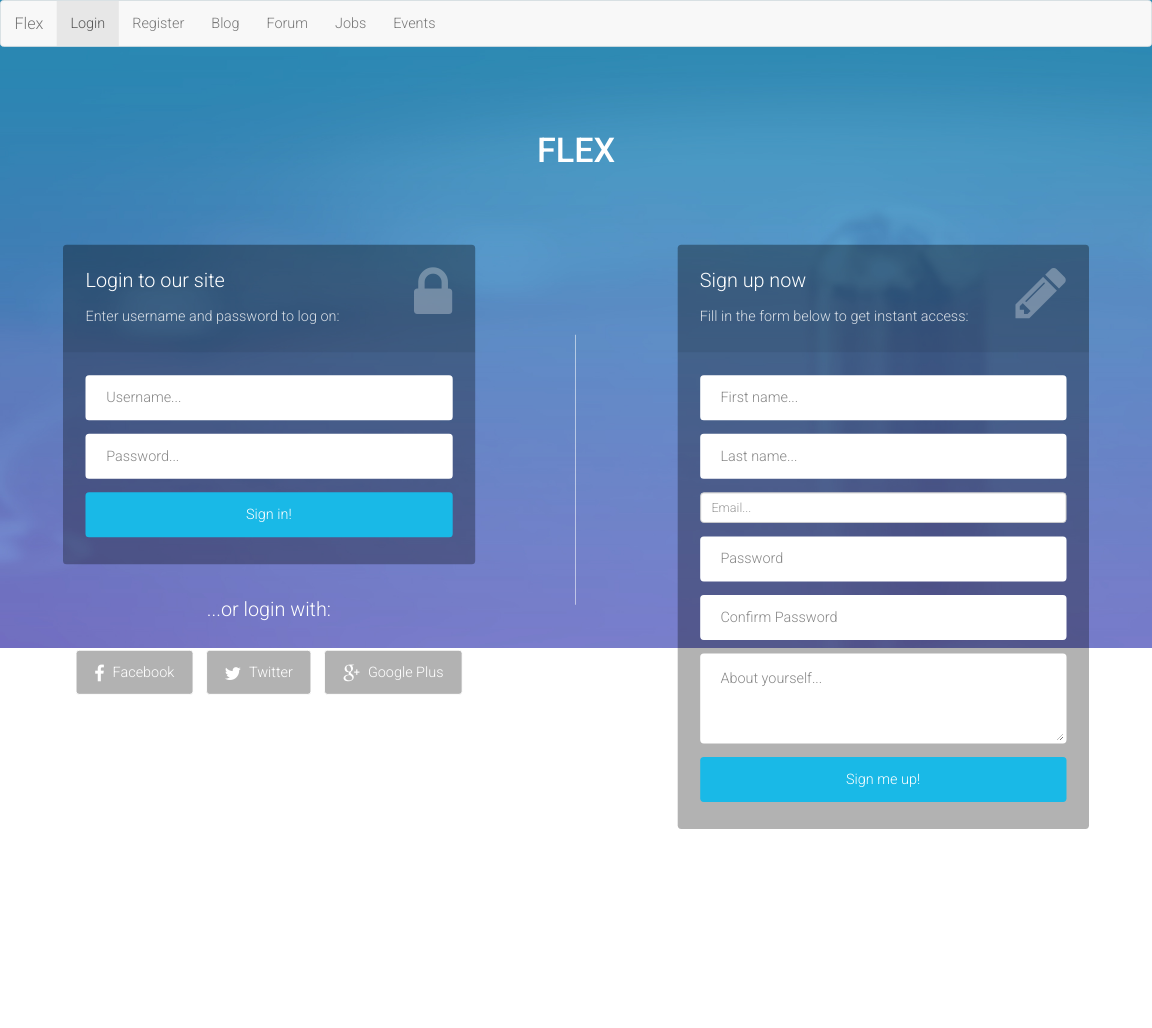
Repository: Angelamritha2012/Flex
Page: Collaboration/WebContent/index.html
The author's editor kept a copy of each file at every save. The page is drawn from the files as they stood at one save, then again after the next save.
The browser window is 1280 px wide. The pictures show the whole page, at 90% of full size.
Some web libraries are served in a nearby version.

Above is the page before, as saved 2017-11-30 10:21:56.

After the next save:
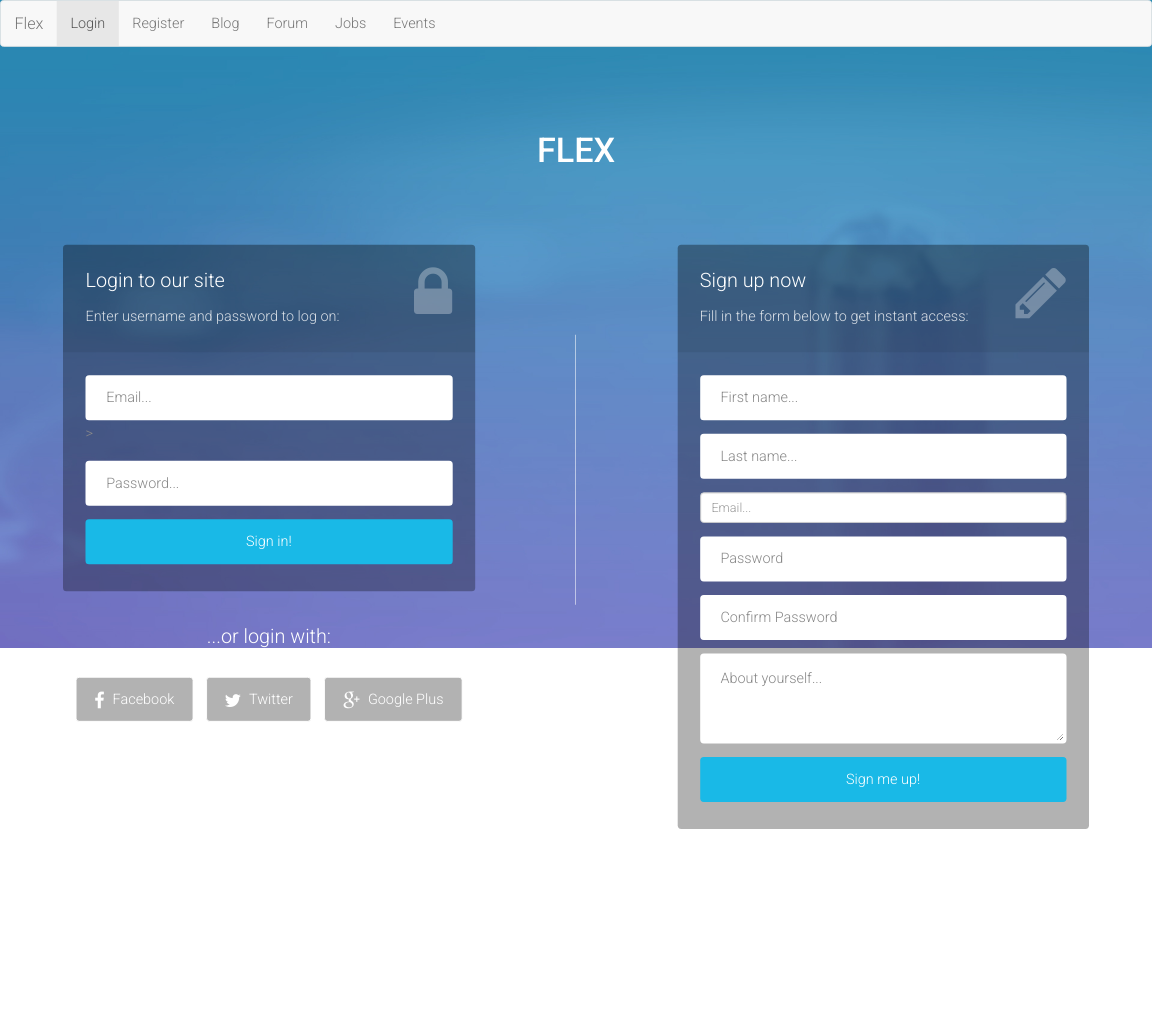
Saved 2 min 22 s later.
--- a/Collaboration/WebContent/index.html
+++ b/Collaboration/WebContent/index.html
@@ -87,8 +87,8 @@
 	                            <form  ng-app="myApp" ng-submit="submitForm()" name="myForm" novalidate>
 
 				                    <div class="form-group">
-				                    		<label class="sr-only" for="form-username">Username</label>
-				                        	<input type="text" name="form-username" placeholder="Username..." class="form-username form-control" id="form-username">
+				                    		<label class="sr-only" for="form-username">Email</label>
+				                        	<input type="text" name="email" placeholder="Email..." class="form-username form-control" id="form-username" ng-model="email" required>>
 				                       <span style="color:red" ng-show="myForm.email.$dirty && myForm.email.$invalid">
   <span ng-show="myForm.email.$error.required">Email is required.</span>
   <span ng-show="myForm.email.$error.email">Invalid email address.</span>

After the save that followed:
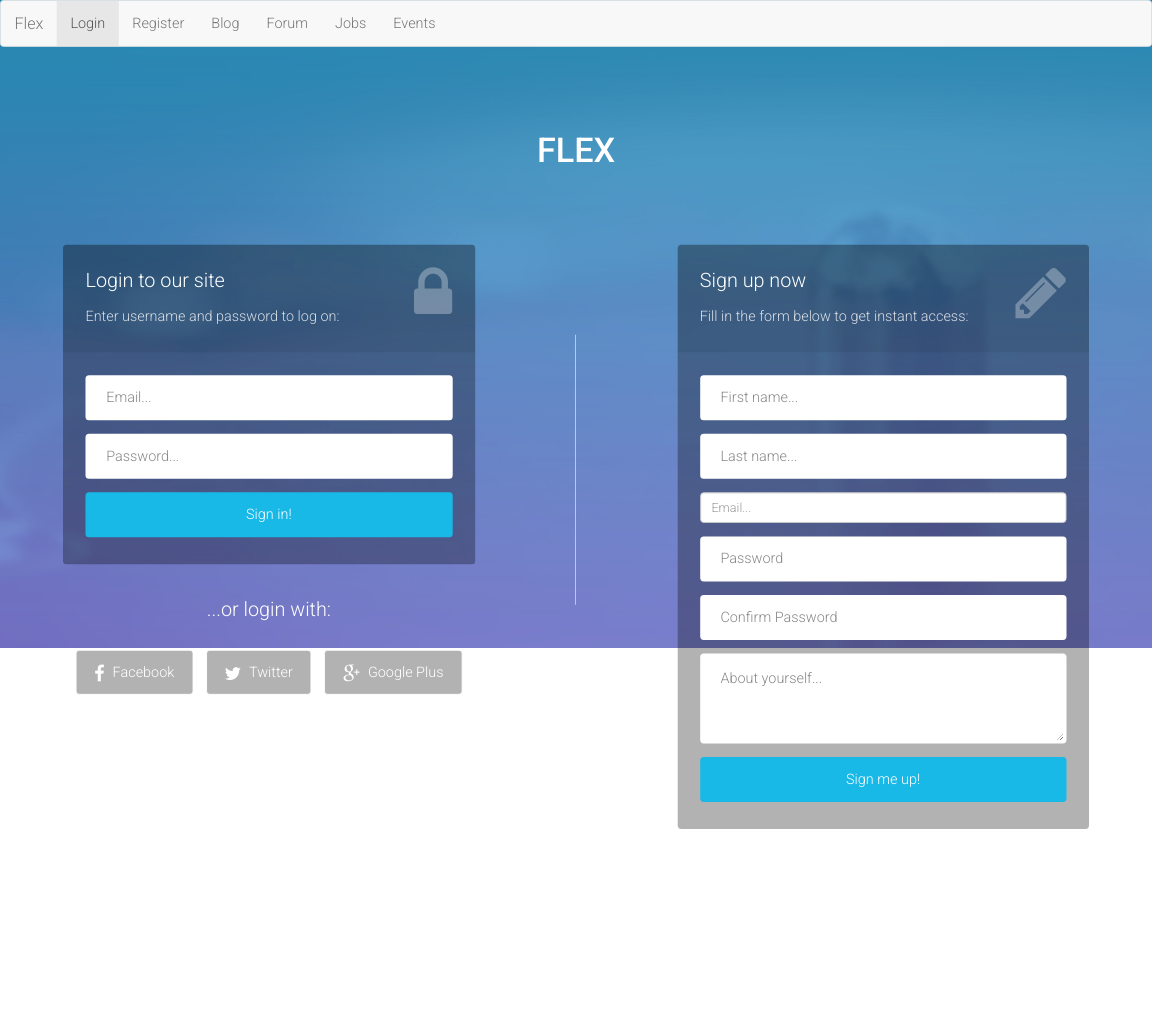
Saved 87 s later.
--- a/Collaboration/WebContent/index.html
+++ b/Collaboration/WebContent/index.html
@@ -88,7 +88,7 @@
 
 				                    <div class="form-group">
 				                    		<label class="sr-only" for="form-username">Email</label>
-				                        	<input type="text" name="email" placeholder="Email..." class="form-username form-control" id="form-username" ng-model="email" required>>
+				                        	<input type="text" name="email" placeholder="Email..." class="form-email form-control" id="form-email" ng-model="email" required>
 				                       <span style="color:red" ng-show="myForm.email.$dirty && myForm.email.$invalid">
   <span ng-show="myForm.email.$error.required">Email is required.</span>
   <span ng-show="myForm.email.$error.email">Invalid email address.</span>
